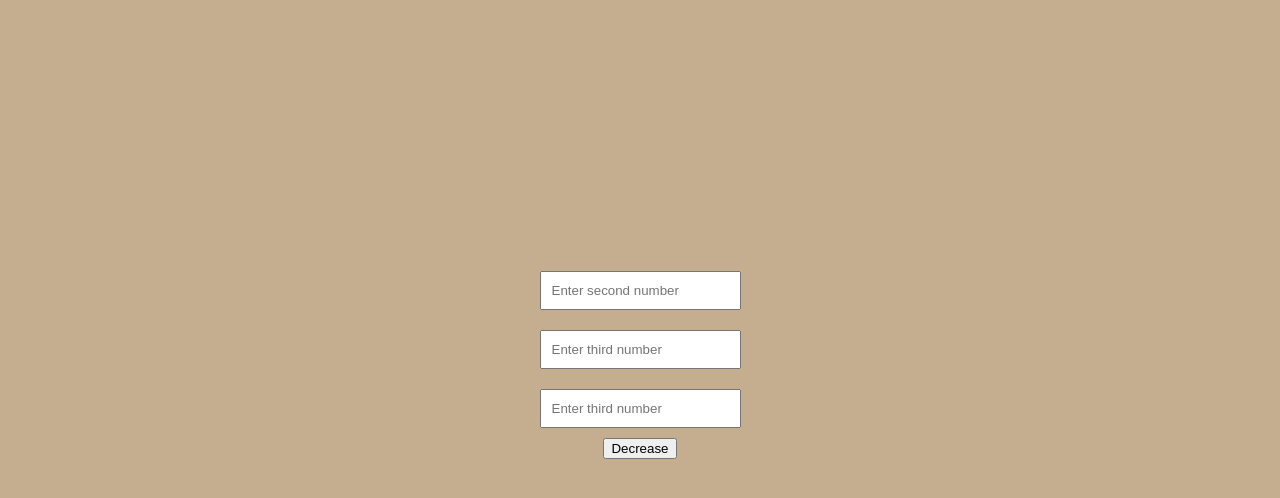
Repository: purnimapatel/SI-calculator
Page: /
The author's editor kept a copy of each file at every save. The page is drawn from the files as they stood at one save, then again after the next save.
The browser window is 1280 px wide. The pictures show the whole page.
The project was rebuilt for these pictures with package versions that can differ from the ones it lists, and the page was loaded fresh each time.

Above is the page before, as saved 2024-08-26 11:21:59.

### src/App.jsx
import logo from './logo.svg';
import './App.css';
import { useState } from 'react';

function App() {
  const[rate, setRate]=(useState(''));
  const[principle, setPrinciple]=(useState());
  const[time, setTime]=(useState(''));
  const[res, setRes]=(useState(''));
  return(

    <div>
    <div className="container">
    <div>
    {res}
    </div>


    <input
        type="number"
        id = "field"
        value={rate}
        onChange={(e) => setRate(Number(e.target.value))}
        placeholder="Enter second number"
      />
      <input
        type="number"
        id="field"
        value={principle}
        onChange={(e) => setPrinciple(Number(e.target.value))}
        placeholder="Enter third number"
      />
      <input
        type="number"
        id = "field"
        value={time}
        onChange={(e) => setTime(Number(e.target.value))}
        placeholder="Enter third number"
      />
    <button className='btn2' onClick={result}>Decrease</button>
    </div>
    </div>

  )
  function result(){

    setRate('');
    setPrinciple('');
    setTime('');
    setRes((rate*principle*time)/100)

}




}


export default App;

### src/App.css
.App {
  text-align: center;
}
.container{
  display:flex;
  justify-content: center;
  align-items:center;
  flex-direction: column;
  height: 100vh;
  background-color:rgb(197, 174, 144)
}
input[type=number]::-webkit-outer-spin-button,
input[type=number]::-webkit-inner-spin-button {
    -webkit-appearance: none;
    margin: 0;
}

/* Remove the spinner in Firefox */
input[type=number] {
    -moz-appearance: textfield;
}
#field{
  margin:10px;
  padding:10px;
}

Loaded but not shown: public/index.html (common file); src/index.js (common file); src/index.css (common file); src/reportWebVitals.js (common file)

After the next save:
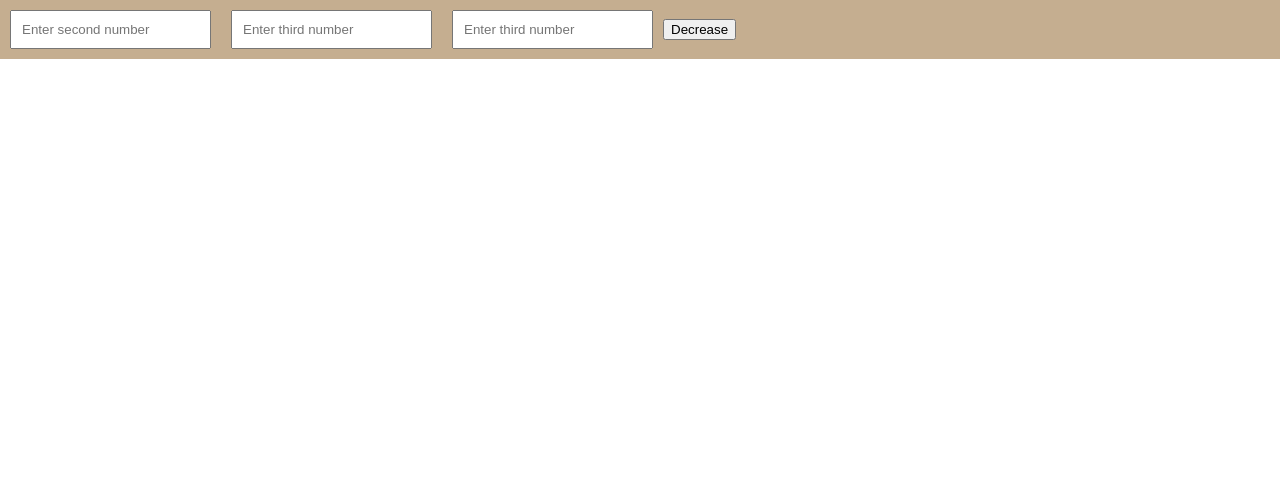
Saved 44 s later.
--- a/src/App.css
+++ b/src/App.css
@@ -1,13 +1,15 @@
 .App {
   text-align: center;
-}
-.container{
   display:flex;
   justify-content: center;
   align-items:center;
   flex-direction: column;
   height: 100vh;
+}
+.container{
+
   background-color:rgb(197, 174, 144)
+
 }
 input[type=number]::-webkit-outer-spin-button,
 input[type=number]::-webkit-inner-spin-button {

After the save that followed:
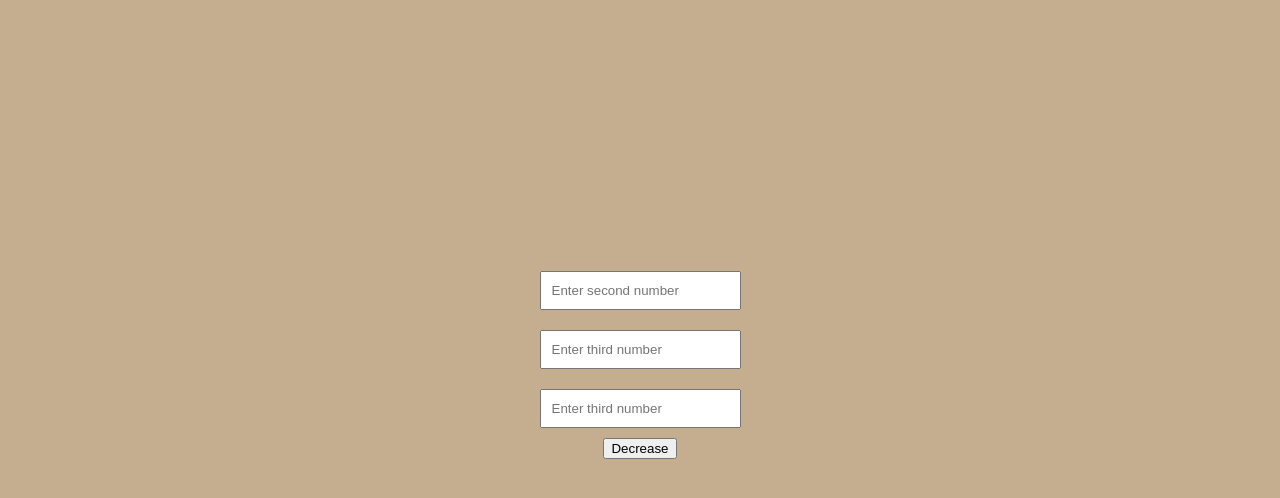
Saved 22 s later.
--- a/src/App.css
+++ b/src/App.css
@@ -1,14 +1,15 @@
 .App {
   text-align: center;
+
+}
+.container{
+
+  background-color:rgb(197, 174, 144);
   display:flex;
   justify-content: center;
   align-items:center;
   flex-direction: column;
   height: 100vh;
-}
-.container{
-
-  background-color:rgb(197, 174, 144)
 
 }
 input[type=number]::-webkit-outer-spin-button,
